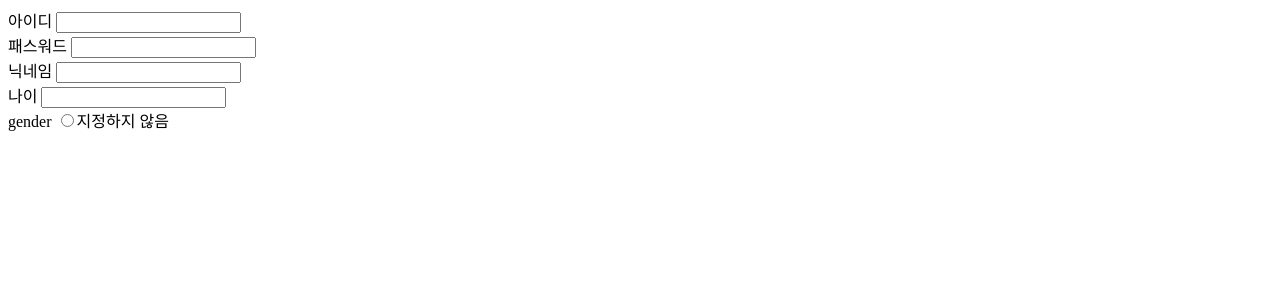
Repository: HwangEojin/homework
Page: http://localhost/day04_mybatis/
The author's editor kept a copy of each file at every save. The page is drawn from the files as they stood at one save, then again after the next save.
The browser window is 1280 px wide. The pictures show the whole page.
The page is served by Tomcat 9.

Above is the page before, as saved 2025-01-15 02:07:29.

After the next save:
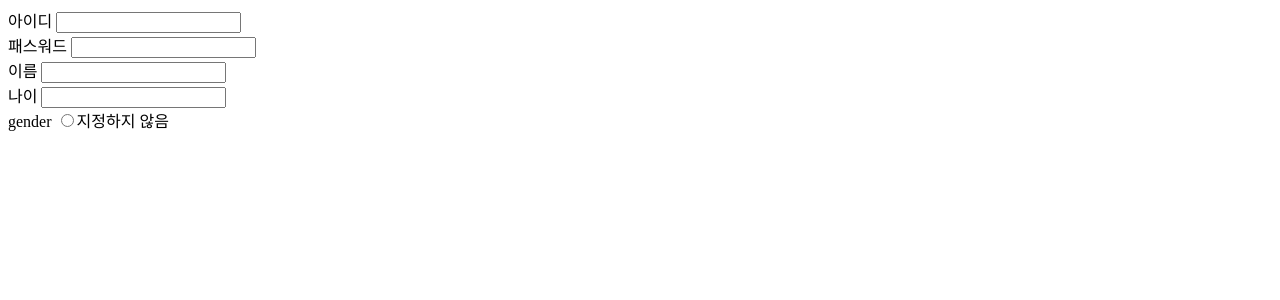
Saved 71 s later.
--- a/week09/day04_mybatis/src/main/webapp/index.jsp
+++ b/week09/day04_mybatis/src/main/webapp/index.jsp
@@ -13,27 +13,27 @@
 	<form action="MyServlet" method="get">
 		<label>
 			아이디
-			<input type="text"></input><br>
+			<input type="text" name="userId"></input><br>
 		</label>
 
 		<label>
 			패스워드
-			<input type="password"></input><br>
+			<input type="password" name="userPw"></input><br>
 		</label>
 
 		<label>
-			닉네임
-			<input type="text"></input><br>
+			이름
+			<input type="text"  name="userName"></input><br>
 		</label>
 
 		<label>
 			나이
-			<input type="text"></input><br>
+			<input type="text"  name="userAge"></input><br>
 		</label>
 
 		<label>
 			gender
-			<input type="radio">지정하지 않음</input><br>
+			<input type="radio" name="userGender">지정하지 않음</input><br>
 		</label>
 
 	</form>
